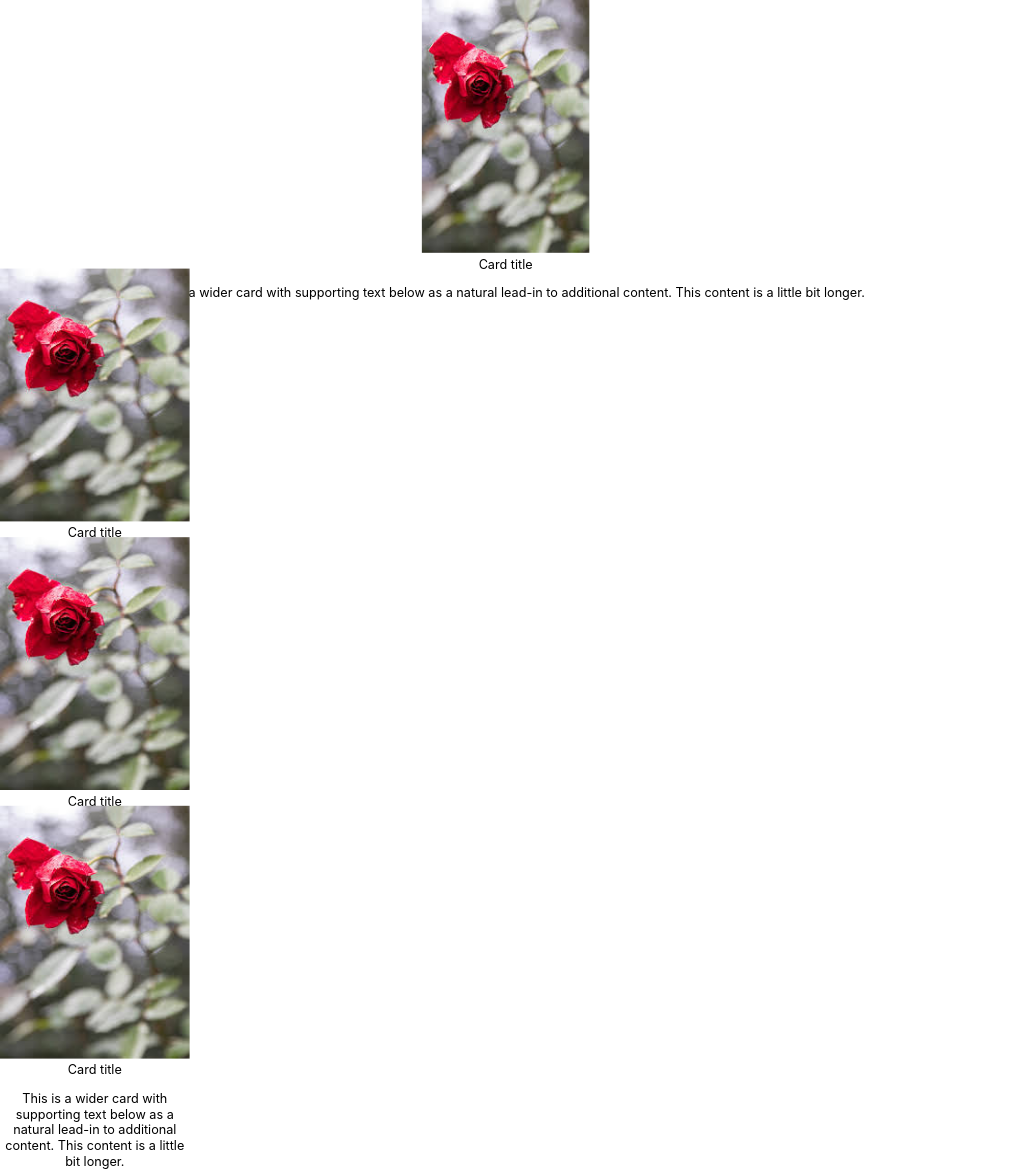
Repository: vakharia5/Preview
Page: /
The author's editor kept a copy of each file at every save. The page is drawn from the files as they stood at one save, then again after the next save.
The browser window is 1280 px wide. The pictures show the whole page, at 79% of full size.
The project was rebuilt for these pictures with package versions that can differ from the ones it lists, and the page was loaded fresh each time.

Above is the page before, as saved 2020-06-22 13:17:32.

### src/App.js
import React from 'react';
import logo from './logo.svg';
import './App.css';
import CardList from './components/CardList';

function App() {
  return (
    <div className="App">
    <CardList/>

    </div>
  );
}

export default App;

### src/components/CardList.js
import React, { Component } from 'react'
import {Card,Container,Row,Col} from 'react-bootstrap';
import img from '../assets/Images/download.jpg';

class CardList extends Component {
    render() {
        return (
   <div>
       <Container>
       <Row sm={1} md={2} lg={4}>
        <Card  border="secondary" style={{ height : '20rem'}}>
  <Card.Img src={img} alt="Card image" style={{ height : '20rem'}} />
  <Card.ImgOverlay>
    <Card.Title>Card title</Card.Title>
    <Card.Text>
      This is a wider card with supporting text below as a natural lead-in to
      additional content. This content is a little bit longer.
    </Card.Text>
  </Card.ImgOverlay>
</Card>
 <br />
 <Card  border="secondary" style={{ width: '15rem' ,height : '20rem'}}>
  <Card.Img src={img} alt="Card image" style={{ width: '15rem' ,height : '20rem'}} />
  <Card.ImgOverlay>
    <Card.Title>Card title</Card.Title>
    <Card.Text>
      This is a wider card with supporting text below as a natural lead-in to
      additional content. This content is a little bit longer.
    </Card.Text>
  </Card.ImgOverlay>
</Card>
 <br />
 <Card  border="secondary" style={{ width: '15rem' ,height : '20rem'}}>
  <Card.Img src={img} alt="Card image" style={{ width: '15rem' ,height : '20rem'}} />
  <Card.ImgOverlay>
    <Card.Title>Card title</Card.Title>
    <Card.Text>
      This is a wider card with supporting text below as a natural lead-in to
      additional content. This content is a little bit longer.
    </Card.Text>
  </Card.ImgOverlay>
</Card>
 <br />
 <Card  border="secondary" style={{ width: '15rem' ,height : '20rem'}}>
  <Card.Img src={img} alt="Card image" style={{ width: '15rem' ,height : '20rem'}} />
  <Card.ImgOverlay>
    <Card.Title>Card title</Card.Title>
    <Card.Text>
      This is a wider card with supporting text below as a natural lead-in to
      additional content. This content is a little bit longer.
    </Card.Text>
  </Card.ImgOverlay>
</Card>
 <br />
 </Row>
 </Container>
      </div>
        )
        }
}
export default CardList

Loaded but not shown: src/index.js (common file); src/index.css (common file); src/serviceWorker.js (common file); src/App.css (common file)

After the next save:
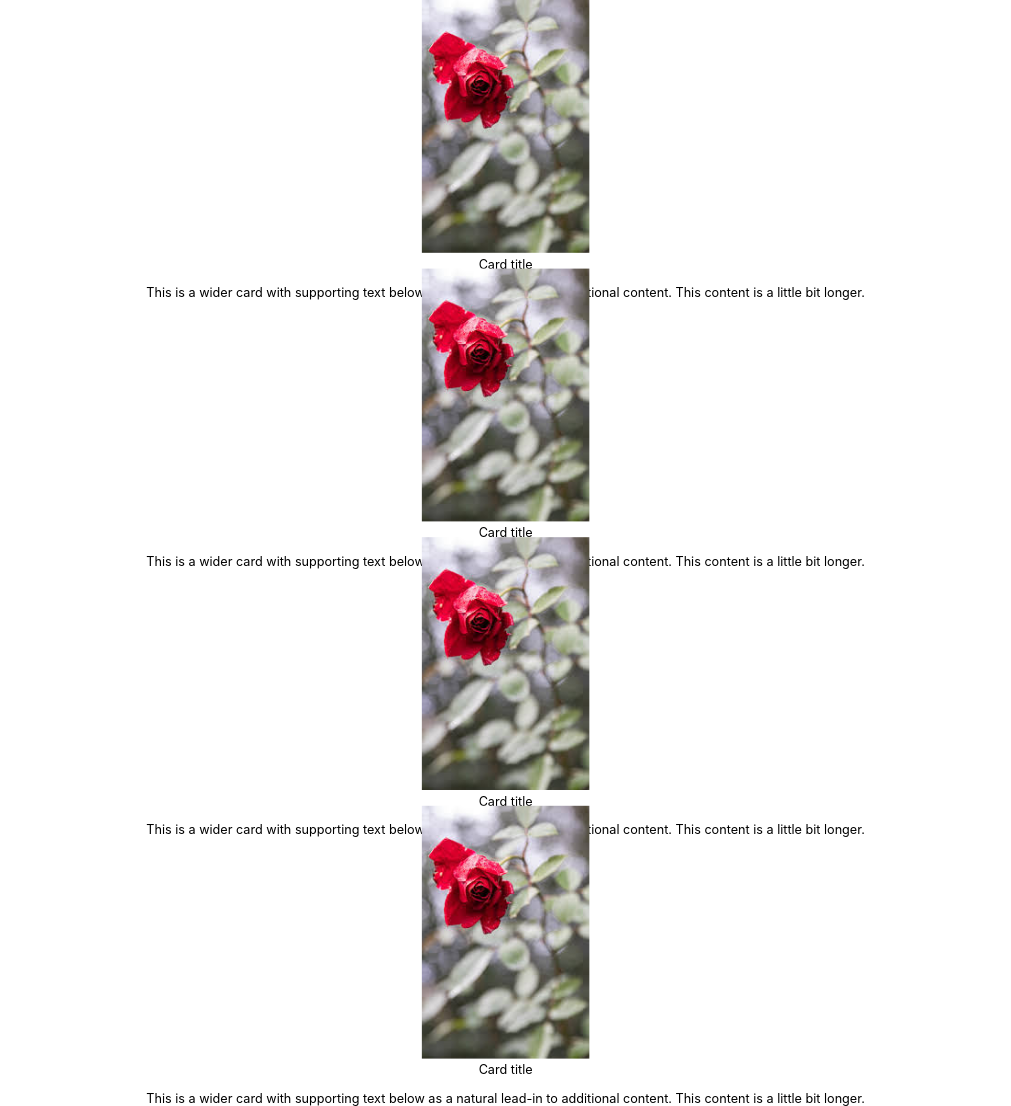
Saved 24 s later.
--- a/src/components/CardList.js
+++ b/src/components/CardList.js
@@ -19,8 +19,8 @@ class CardList extends Component {
   </Card.ImgOverlay>
 </Card>
  <br />
- <Card  border="secondary" style={{ width: '15rem' ,height : '20rem'}}>
-  <Card.Img src={img} alt="Card image" style={{ width: '15rem' ,height : '20rem'}} />
+ <Card  border="secondary" style={{height : '20rem'}}>
+  <Card.Img src={img} alt="Card image" style={{height : '20rem'}} />
   <Card.ImgOverlay>
     <Card.Title>Card title</Card.Title>
     <Card.Text>
@@ -30,8 +30,8 @@ class CardList extends Component {
   </Card.ImgOverlay>
 </Card>
  <br />
- <Card  border="secondary" style={{ width: '15rem' ,height : '20rem'}}>
-  <Card.Img src={img} alt="Card image" style={{ width: '15rem' ,height : '20rem'}} />
+ <Card  border="secondary" style={{ height : '20rem'}}>
+  <Card.Img src={img} alt="Card image" style={{ height : '20rem'}} />
   <Card.ImgOverlay>
     <Card.Title>Card title</Card.Title>
     <Card.Text>
@@ -41,8 +41,8 @@ class CardList extends Component {
   </Card.ImgOverlay>
 </Card>
  <br />
- <Card  border="secondary" style={{ width: '15rem' ,height : '20rem'}}>
-  <Card.Img src={img} alt="Card image" style={{ width: '15rem' ,height : '20rem'}} />
+ <Card  border="secondary" style={{height : '20rem'}}>
+  <Card.Img src={img} alt="Card image" style={{ height : '20rem'}} />
   <Card.ImgOverlay>
     <Card.Title>Card title</Card.Title>
     <Card.Text>
